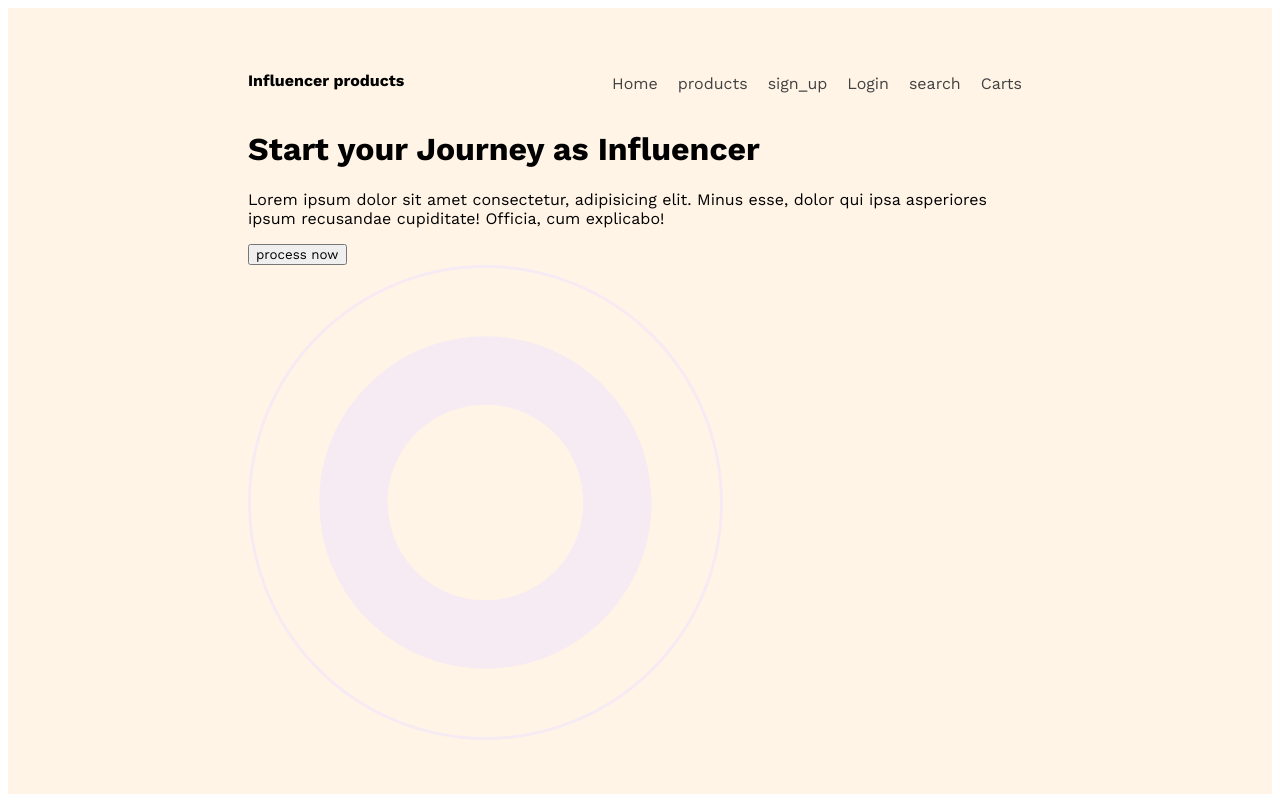
Repository: RudrasahaDibos/Camera-gear
Page: index.html
An editor plug-in stored every save of this project. The page is shown before and after a run of saves, followed by the edit.
The browser window is 1280 px wide. The pictures show the whole page.

Above is the page before, as saved 2024-10-08 14:34:28.

### index.html
<!DOCTYPE html>
<html lang="en">
<head>
    <meta charset="UTF-8">
    <meta name="viewport" content="width=device-width, initial-scale=1.0">
    <link rel="stylesheet" href="style.css">
    <title>Influencergear</title>
</head>
<body>
          <header class="header-container">
                    <nav class="Influencer-header">

                            <h2>Influencer products</h2>


                            <ul class="Influencer-header-button">
                                <li><a href="">Home</a></li>
                                <li><a href="">products</a></li>
                                <li><a href="">sign_up</a></li>
                                <li><a href="">Login</a></li>
                                <li><a href="">search</a></li>
                                <li><a href="">Carts</a></li>

                            </ul>

                    </nav>
<!-- banner-header -->
                    <div class="banner">
                           <h1 class="banner-title">Start your Journey as
                            Influencer</h1>
                            <p class="banner-discription">Lorem ipsum dolor sit amet consectetur, adipisicing elit. Minus esse,
                            dolor qui ipsa asperiores ipsum recusandae cupiditate! Officia, cum explicabo!</p>
                            <button class="banner-button">process now</button>
                    </div>
                 <div> <img src="images/Circle design.svg" alt=""

                    >
                </div>
          </header>

          <main>

          </main>

          <footer>

          </footer>
</body>
</html>

### style.css

@import url('https://fonts.googleapis.com/css2?family=Work+Sans:ital,wght@0,100..900;1,100..900&display=swap');
/* shared section
 */
*{
    font-family: "Lato", sans-serif;
    font-family: "Open Sans", sans-serif;
    font-family: "Work sans", sans-serif;


}


/* header */
.header-container{
    background-color: rgba(255,144,14,0.10);
    padding: 50px 240px;
}
.Influencer-header{
    display: flex;
    justify-content: space-between;
    text-align: center;
}
.Influencer-header h2{
    font-size: 1rem;
    width: 500;
}
.Influencer-header-button{
    display: flex;

}
.Influencer-header-button li{
    list-style: none;
}
.Influencer-header-button li a{
    margin: 10px;
    text-decoration: none;
    color: #424242

}

After the next 4 saves:
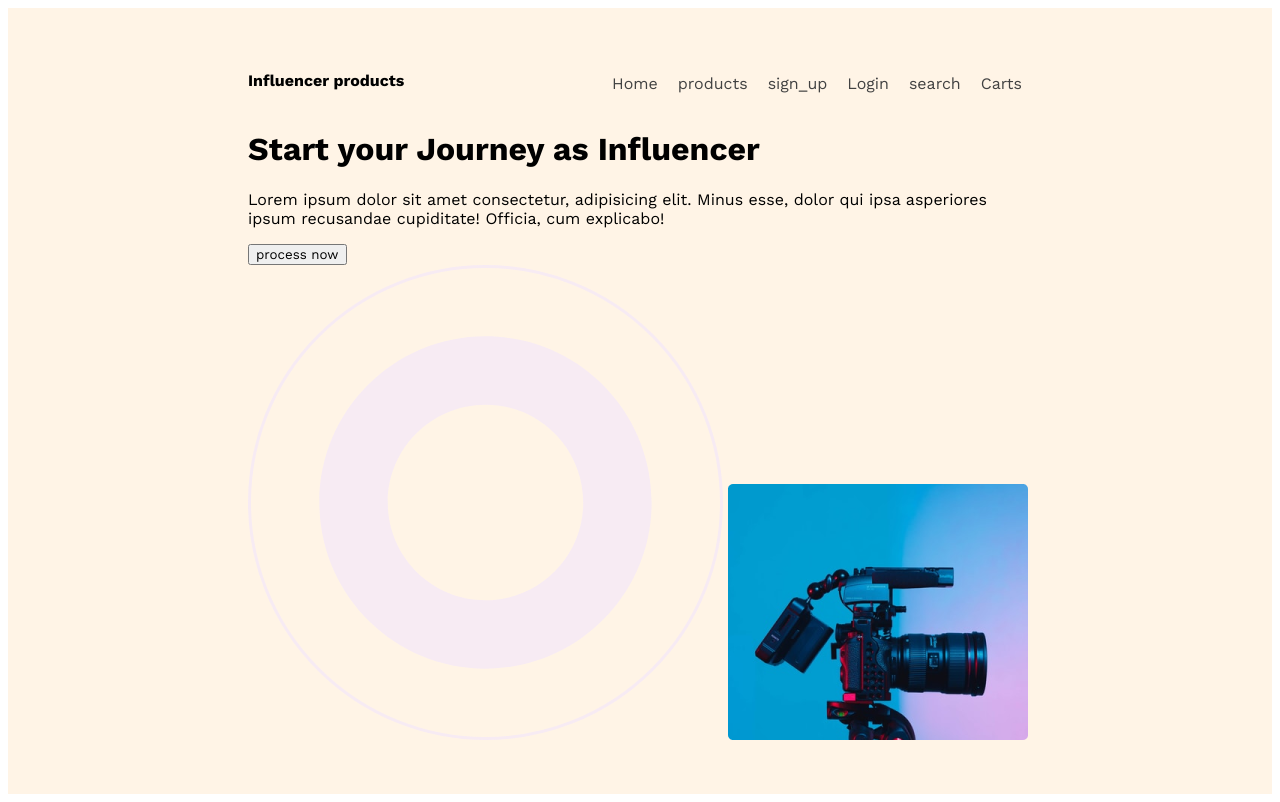
The 4 saves are shown as one change because they came seconds apart.
The last was saved 12 s later.
--- a/index.html
+++ b/index.html
@@ -32,9 +32,9 @@
                             dolor qui ipsa asperiores ipsum recusandae cupiditate! Officia, cum explicabo!</p>
                             <button class="banner-button">process now</button>
                     </div>
-                 <div> <img src="images/Circle design.svg" alt=""
-
-                    >
+                 <div>
+                    <img src="images/Circle design.svg" alt="">
+                    <img src="images/camera.png" alt="">
                 </div>
           </header>
 
